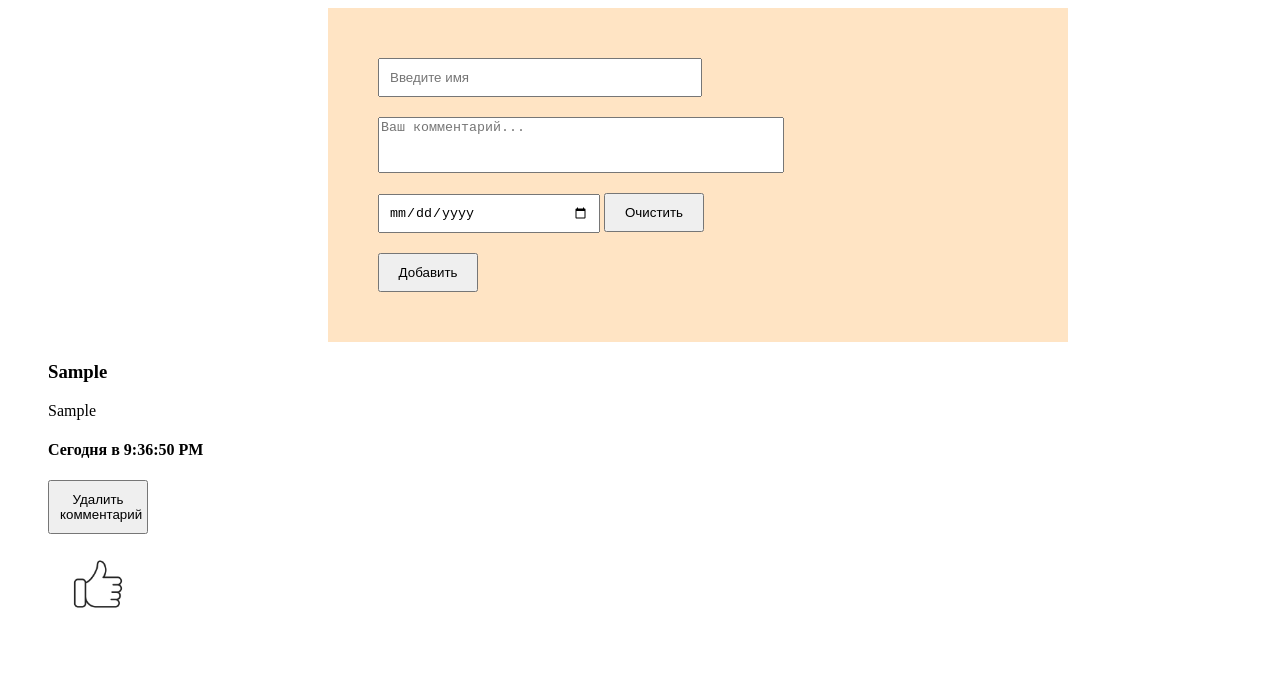
Repository: Grid-Master/commentList
Page: index.html
An editor plug-in stored every save of this project. The page is shown before and after the next save, followed by the edit.
The browser window is 1280 px wide. The pictures show the whole page.
Empty fields were first filled with sample values (such as "Sample", 5 or name@example.com).
After loading, the first visible `form` was submitted once.

Above is the page before, as saved 2023-03-12 23:48:24.

### index.html
<!DOCTYPE html>
<html lang="en">
  <head>
    <meta charset="UTF-8" />
    <meta http-equiv="X-UA-Compatible" content="IE=edge" />
    <meta name="viewport" content="width=device-width, initial-scale=1.0" />
    <title>Comments</title>
    <style>
      form {
        width: 50vw;
        margin-left: 25vw;
        background-color: bisque;
        display: flex;
        flex-direction: column;
        padding: 50px;
      }

      input[type='text'] {
        width: 300px;
        padding: 10px;
        margin-bottom: 20px;
      }
      textarea {
        width: 400px;
        height: 50px;
        resize: none;
        margin-bottom: 20px;
      }

      input[type='date'] {
        width: 200px;
        padding: 9px;
        margin-bottom: 20px;
      }

      button {
        width: 100px;
        padding: 10px;
      }

      #nameReq,
      #commentReq {
        color: red;
      }

      .unliked {
        background-image: url('./images/istockphoto-1136351242-612x612.jpg');
        background-size: cover;
        cursor: pointer;
      }
      .liked {
        background-image: url('./images/Multimedia__28107_29.jpg');
      }

      .input-container {
        display: flex;
        align-items: center;
      }
    </style>
  </head>
  <body>
    <form onsubmit="addComment(); return false">
      <div class="input-container">
        <input id="name" type="text" placeholder="Введите имя" required />
        <h3 id="nameReq"></h3>
      </div>
      <div class="input-container">
        <textarea id="comment" placeholder="Ваш комментарий..." required></textarea>
        <h3 id="commentReq"></h3>
      </div>
      <div>
        <input type="date" id="date" />
        <button type="button" onclick="clearDate()">Очистить</button>
      </div>
      <button type="submit">Добавить</button>
    </form>
    <ul id="commentList"></ul>
    <script src="./script.js"></script>
  </body>
</html>

### script.js
let nameReq = document.getElementById('nameReq');
let commentReq = document.getElementById('commentReq');
let nameInput = document.getElementById('name');
let commentInput = document.getElementById('comment');
let dateInput = document.getElementById('date');
document.getElementById('date').valueAsDate = new Date();

function clearDate() {
  document.getElementById('date').valueAsDate = null;
}

nameInput.addEventListener('change', () => {
  if (nameInput.value == '') {
    nameReq.innerText = 'Введите имя!';
  } else {
    nameReq.innerText = '';
  }
});

commentInput.addEventListener('change', () => {
  if (commentInput.value == '') {
    commentReq.innerText = 'Введите комментарий!';
  } else {
    commentReq.innerText = '';
  }
});

function addComment() {
  let name = nameInput.value;
  let comment = commentInput.value;
  let date = dateInput.valueAsDate;
  let list = document.getElementById('commentList');

  let nameEl = document.createElement('h3');
  let commentEl = document.createElement('p');
  let dateEl = document.createElement('h4');
  let deleteEl = document.createElement('button');
  let likeEl = document.createElement('div');
  let container = document.createElement('div');

  nameEl.innerHTML = name;
  commentEl.innerHTML = comment;
  deleteEl.textContent = 'Удалить комментарий';
  likeEl.style.width = '100px';
  likeEl.style.height = '100px';
  likeEl.className = 'unliked';

  deleteEl.addEventListener('click', () => {
    deleteEl.parentElement.remove();
  });

  likeEl.addEventListener('click', () => {
    likeEl.classList.toggle('liked');
  });
  if (date != null) {
    if (date.toLocaleDateString() == new Date().toLocaleDateString()) {
      dateEl.innerHTML = `Сегодня в ${new Date().toLocaleTimeString()}`;
      container.append(nameEl, commentEl, dateEl, deleteEl, likeEl);
    } else if (date.toLocaleDateString() == new Date(Date.now() - 86400000).toLocaleDateString()) {
      dateEl.innerHTML = `Вчера в ${new Date().toLocaleTimeString()}`;
      container.append(nameEl, commentEl, dateEl, deleteEl, likeEl);
    } else {
      dateEl.innerHTML = `${date.toLocaleDateString()} в ${new Date().toLocaleTimeString()}`;
      container.append(nameEl, commentEl, dateEl, deleteEl, likeEl);
    }
  } else {
    container.append(nameEl, commentEl, deleteEl, likeEl);
  }
  list.append(container);
  nameInput.value = '';
  commentInput.value = '';
  dateInput.value = null;
}

After the next save:
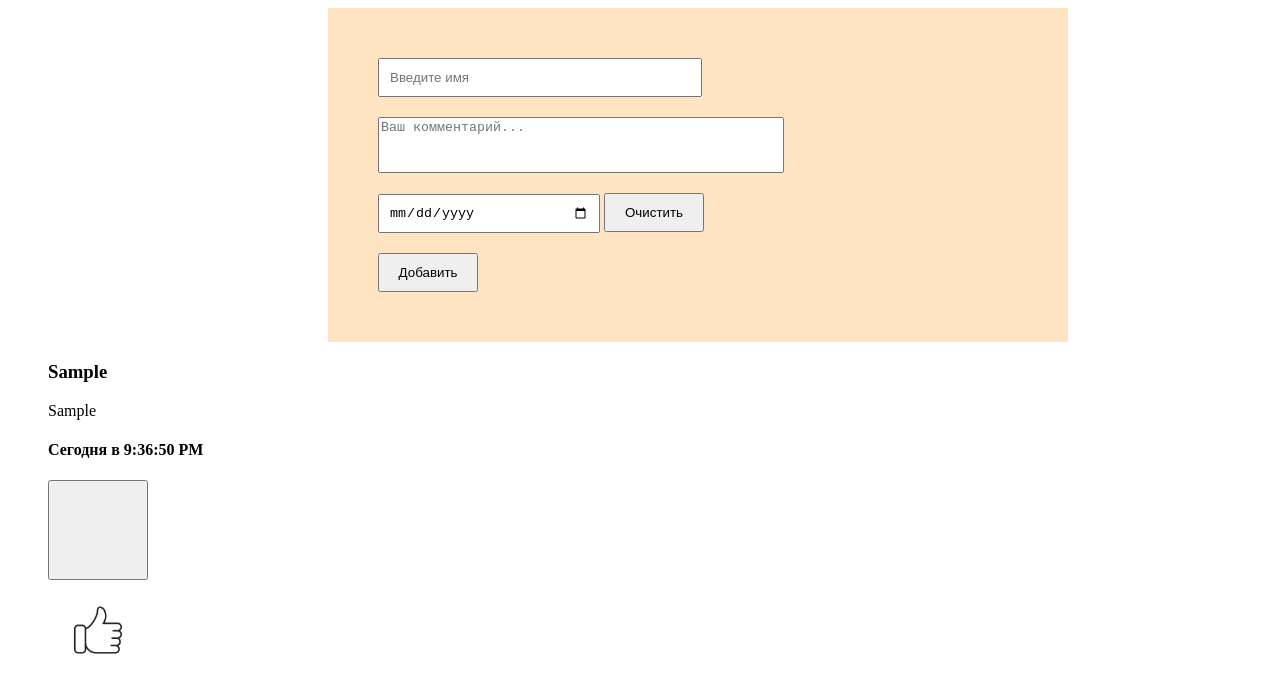
Saved 3 min 3 s later.
--- a/script.js
+++ b/script.js
@@ -40,7 +40,9 @@ function addComment() {
 
   nameEl.innerHTML = name;
   commentEl.innerHTML = comment;
-  deleteEl.textContent = 'Удалить комментарий';
+  deleteEl.style.width = '100px';
+  deleteEl.style.height = '100px';
+  deleteEl.className = 'delete';
   likeEl.style.width = '100px';
   likeEl.style.height = '100px';
   likeEl.className = 'unliked';
